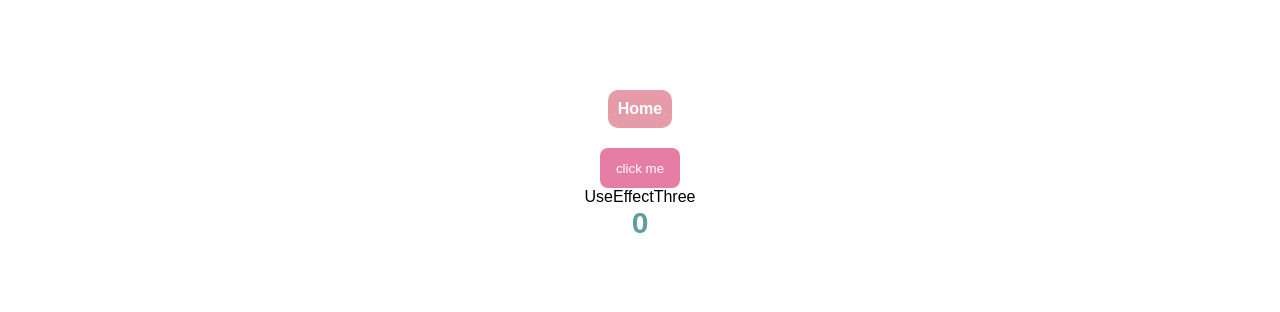
Repository: jjennbui/class8
Page: /useEffectThree
An editor plug-in stored every save of this project. The page is shown before and after a run of saves, followed by the edit.
The browser window is 1280 px wide. The pictures show the whole page.
The project was rebuilt for these pictures with package versions that can differ from the ones it lists, and the page was loaded fresh each time. The framework's server and built-in components were replaced by stand-ins that run in the browser. Also part of the build but not shown: next.config.js.

Above is the page before, as saved 2023-02-20 18:14:06.

After the next 2 saves:
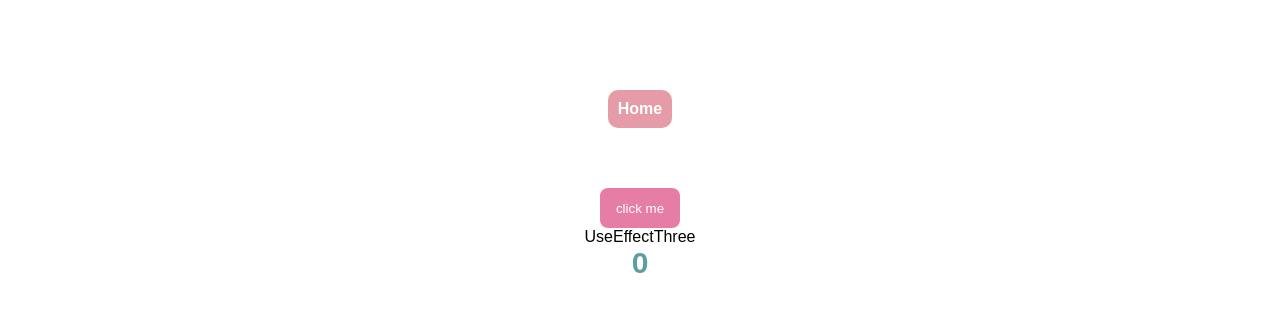
The 2 saves are shown as one change because they came seconds apart.
The last was saved 9 s later.
--- a/styles/UseEffectThree.module.css
+++ b/styles/UseEffectThree.module.css
@@ -24,7 +24,7 @@
       background-color: rgb(230, 155, 168);
       padding: 10px;
       border-radius: 10px;
-      margin-bottom: 20px;
+      margin-bottom: 60px;
   }
 
   .btn{
